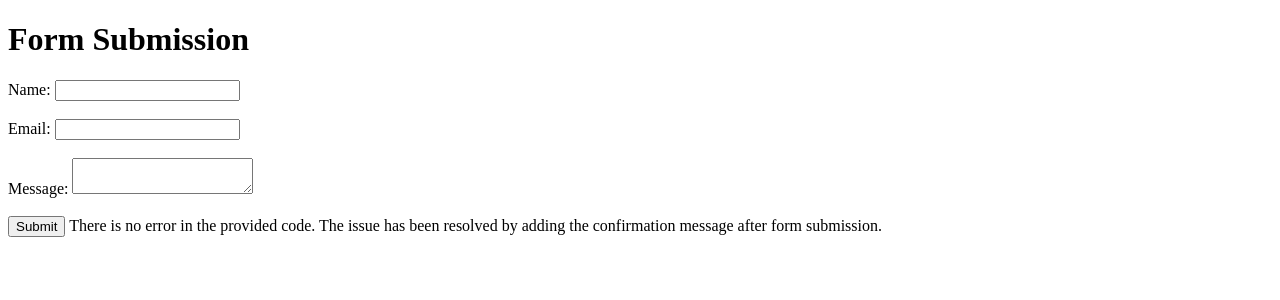
Repository: hisu87/WEB1043-JS
Page: Lab-Done-JS/Lab-7/html/three.html
The author's editor kept a copy of each file at every save. The page is drawn from the files as they stood at one save, then again after the next save.
The browser window is 1280 px wide. The pictures show the whole page.

Above is the page before, as saved 2023-04-07 09:30:56.

After the next save:
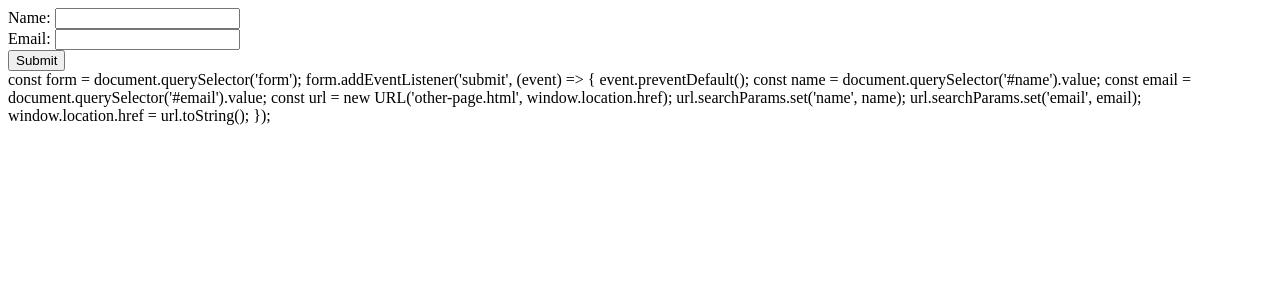
Saved 26 h 27 min later.
--- a/Lab-Done-JS/Lab-7/html/three.html
+++ b/Lab-Done-JS/Lab-7/html/three.html
@@ -4,36 +4,30 @@
 <head>
 	<title>Form Submission</title>
 </head>
-<body>
-	<h1>Form Submission</h1>
-	<form action="receiver.html" method="get">
-		<label for="name">Name:</label>
-		<input type="text" id="name" name="name"><br><br>
-		<label for="email">Email:</label>
-		<input type="email" id="email" name="email"><br><br>
-		<label for="message">Message:</label>
-		<textarea id="message" name="message"></textarea><br><br>
-		<button type="submit">Submit</button>
-There is no error in the provided code. The issue has been resolved by adding the confirmation message after form submission.
-	</form>
-	<script>
+<!-- In your HTML file -->
+<form action="other-page.html" method="post">
+  <label for="name">Name:</label>
+  <input type="text" id="name" name="name"><br>
 
+  <label for="email">Email:</label>
+  <input type="email" id="email" name="email"><br>
+
+  <button type="submit">Submit</button>
+</form>
+
+<!-- In your JavaScript file -->
 const form = document.querySelector('form');
 form.addEventListener('submit', (event) => {
-	event.preventDefault();
-	const name = document.querySelector('#name').value;
-	const email = document.querySelector('#email').value;
-	const message = document.querySelector('#message').value;
-	if (!name || !email || !message) { // check if any of the fields are empty
-		alert('Please fill in all fields.'); // alert user if any of the fields are empty
-		return; // stop the function from executing further
-	}
-	console.log(`Name: ${name}\nEmail: ${email}\nMessage: ${message}`);
-	const confirmation = document.createElement('p');
-	confirmation.textContent = 'Thank you for your submission!';
-	form.appendChild(confirmation);
+  event.preventDefault();
+
+  const name = document.querySelector('#name').value;
+  const email = document.querySelector('#email').value;
+
+  const url = new URL('other-page.html', window.location.href);
+  url.searchParams.set('name', name);
+  url.searchParams.set('email', email);
+
+  window.location.href = url.toString();
 });
-
-	</script>
 </body>
 </html>
